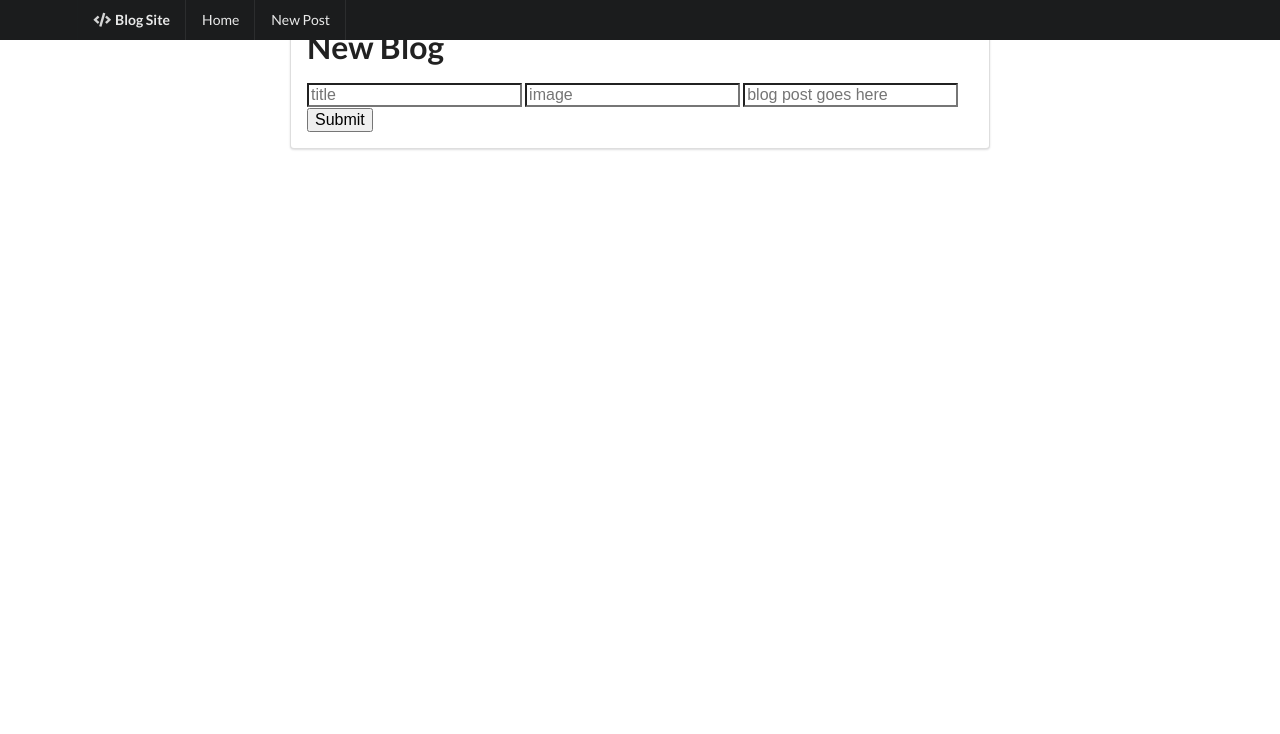
Repository: demioke/web-development-bootcamp
Page: http://localhost/blogs/new
The author's editor kept a record of every edit. The page is drawn from the files as they stood at one moment, then again after the next edit.
The browser window is 1280 px wide. The pictures show the whole page.
Some web libraries are served in a nearby version. The page is served by the project's Node server (RESTful_Routing/RESTfulBlogApp/app.js).

Above is the page before.

### RESTful_Routing/RESTfulBlogApp/views/new.ejs
<% include ./partials/header.ejs %>

<div class="ui main text container segment">
    <div class="ui huge header">New Blog</div>
    <form action="/blogs" method="POST">
        <input type="text" name="blog[title]" placeholder="title">
        <input type="text" name="blog[image]" placeholder="image">
        <input type="text" name="blog[body]" placeholder="blog post goes here">
        <input type="submit">
    </form>
</div>

<% include ./partials/footer.ejs %>

### RESTful_Routing/RESTfulBlogApp/views/partials/header.ejs
<!DOCTYPE html>
<html>
    <head>
        <title>Blog App</title>
        <link rel="stylesheet" type="text/css" href="https://cdnjs.cloudflare.com/ajax/libs/semantic-ui/2.3.2/semantic.min.css">
        <link rel="stylesheet" type="text/css" href="/stylesheets/app.css">
    </head>
    <body>
        <div class="ui fixed inverted menu">
            <div class="ui container">
                <div class="header item"><i class="code icon"></i> Blog Site</div>
                <a href="/" class="item">Home</a>
                <a href="/blogs/new" class="item">New Post</a>
            </div>
        </div>

### RESTful_Routing/RESTfulBlogApp/app.js
var express = require("express");
var app = express();
var bodyParser = require("body-parser");
var mongoose = require("mongoose");
var methodOverride = require("method-override");
var expressSanitizer = require("express-sanitizer");

// APP CONFIG
mongoose.connect("mongodb://localhost/restful_blog_app");
app.set("view engine", "ejs");
app.use(express.static("public")); // allows us to serve custo stylesheets saved in this directory
app.use(bodyParser.urlencoded({extended: true}));
app.use(expressSanitizer()); //has to come after body-parser. allows us to prevent users from entering script tags int htmls
app.use(methodOverride("_method")); // looks for _method in urls to enable html to make PUT and DELETE requests


// MONGOOSE/MODEL CONFIG
var blogSchema = new mongoose.Schema({
    title: String,
    image: String,
    body: String,
    created: {type: Date, default: Date.now} //the date the object i.e. the blog was created. default variable can be used in other obj variabls as used here
});
var Blog = mongoose.model("Blog", blogSchema);

// RESTFUL ROUTES

app.get("/", function(req, res) {
    res.redirect("/blogs");
});

// INDEX ROUTE
app.get("/blogs", function(req, res) {
    Blog.find({}, function(err, blogs) { // find all blogs in DB: "blogs"
        if(err) {
            console.log("ERROR");
        }
        else {
            res.render("index", {blogs: blogs}); // pass all blogs to ejs as "blogs"
        }
    });
});

// NEW ROUTE
app.get("/blogs/new", function(req, res) {
   res.render("new");
});

// CREATE ROUTE
app.post("/blogs", function(req, res) {
    // create blog
    console.log(req.body.blog.body);
    req.body.blog.body = req.sanitize(req.body.blog.body); //sanitizes body of blog
    console.log("=====================");
    console.log(req.body.blog.body);
    Blog.create(req.body.blog, function(err, newBlog) {
        if(err) {
            res.render("new");
        }
        else { // redirect to the index
            res.redirect("/blogs");
        }
    });
});

// SHOW ROUTE
app.get("/blogs/:id", function(req, res) {
    Blog.findById(req.params.id, function(err, foundBlog) {
        if(err) {
            res.redirect("/blogs");
        }
        else {
            res.render("show", {blog: foundBlog});
        }
    });
});

// EDIT ROUTE
app.get("/blogs/:id/edit", function(req, res) {
    Blog.findById(req.params.id, function(err, foundBlog) {
        if(err) {
            res.redirect("/blogs");
        }
        else {
            res.render("edit", {blog: foundBlog});
        }
    });
});

// UPDATE ROUTE
app.put("/blogs/:id", function(req, res) {
    req.body.blog.body = req.sanitize(req.body.blog.body); //sanitizes body of blog
    Blog.findByIdAndUpdate(req.params.id, req.body.blog, function(err, updatedBlog) { // 2nd parameter of fn is the new updated data
        if(err) {
            res.redirect("/blogs");
        }
        else {
            res.redirect("/blogs/" + req.params.id) // redirects back to show page with updated blog
        }
    });
});

// DELETE ROUTE
app.delete("/blogs/:id", function(req, res) {
    //destroy blog
    Blog.findByIdAndRemove(req.params.id, function(err) { // callback fn only takes err argument as blog data may be deleted
        if(err) {
            res.redirect("/blogs");
        }
        else {
            res.redirect("/blogs");
        }
    });
    //redirect somewhere
});

app.listen(process.env.PORT, process.env.IP, function() {
    console.log("SERVER IS RUNNING");
});

### RESTful_Routing/RESTfulBlogApp/public/stylesheets/app.css
i .icon {
    font-size: 4em;
}

Loaded but not shown: RESTful_Routing/RESTfulBlogApp/views/partials/footer.ejs (common file)

After the next edit:
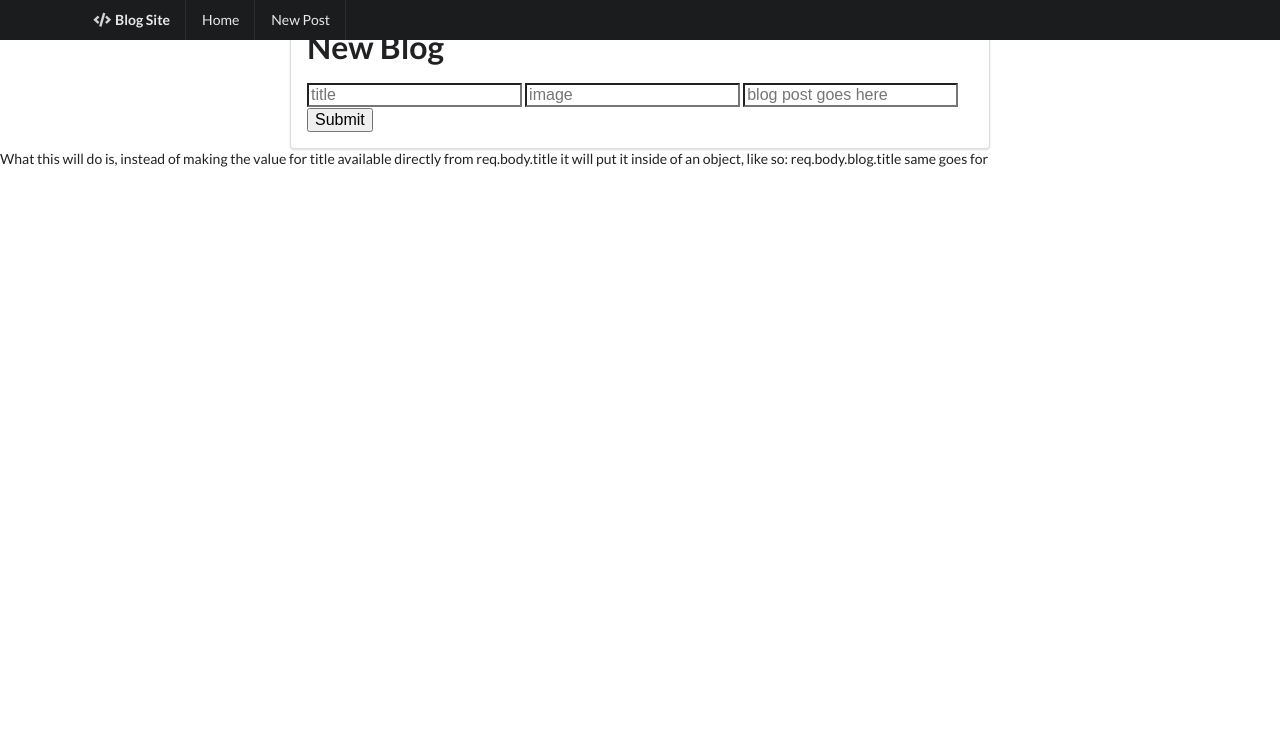
The edit:
--- a/RESTful_Routing/RESTfulBlogApp/views/new.ejs
+++ b/RESTful_Routing/RESTfulBlogApp/views/new.ejs
@@ -11,3 +11,7 @@
 </div>
 
 <% include ./partials/footer.ejs %>
+
+What this will do is, instead of making the value for title available directly
+from req.body.title it will put it inside of an object, like so: req.body.blog.title
+same goes for
